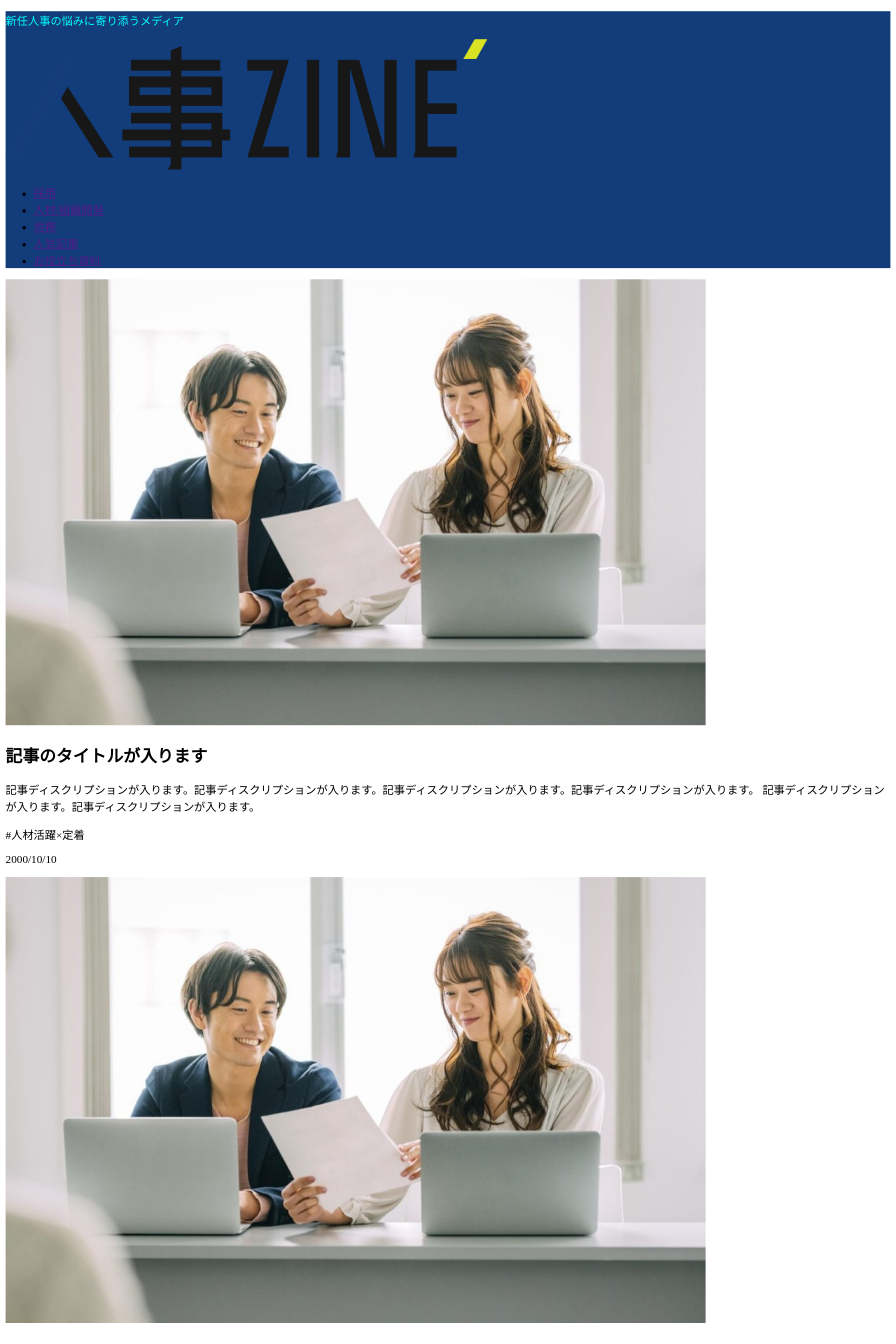
Repository: daisukey623/WpPractice
Page: http://localhost/index.html
An editor plug-in stored every save of this project. The page is shown before and after the next save, followed by the edit.
The browser window is 1280 px wide. The pictures show the part of the page from y = 0 to 1920 px (the page is 3906 px tall), at 70% of full size.
The page is run by PHP 8.4 with error messages shown; the project is at /var/www/html/. Style sheets and scripts are compiled from the project's sources, by tool versions that may differ from the author's.

Above is the page before, as saved 2021-09-23 10:06:37.

### index.html
<!DOCTYPE html>
<html lang="en">
  <head>
    <meta charset="UTF-8" />
    <meta http-equiv="X-UA-Compatible" content="IE=edge" />
    <meta name="viewport" content="width=device-width, initial-scale=1.0" />
    <link rel="stylesheet" href="this-thema.css">
    <title>Document</title>
  </head>
  <body>
    <header>
      <div>
        <p class="title">新任人事の悩みに寄り添うメディア</p>
        <img src="/img/logo_black.png" alt="ロゴ" />
      </div>
      <nav>
        <ul>
          <li><a href="">採用</a></li>
          <li><a href="">人材/組織開発</a></li>
          <li><a href="">労務</a></li>
          <li><a href="">人気記事</a></li>
          <li><a href="">お役立ち資料</a></li>
        </ul>
      </nav>
      <menu></menu>
    </header>
    <main>
      <article>
        <div>
          <img src="/img/eyecatch.jpg" alt="アイキャッチ" />
          <h2>記事のタイトルが入ります</h2>
          <p>
            記事ディスクリプションが入ります。記事ディスクリプションが入ります。記事ディスクリプションが入ります。記事ディスクリプションが入ります。
            記事ディスクリプションが入ります。記事ディスクリプションが入ります。
          </p>
          <p>#人材活躍×定着</p>
          <p>2000/10/10</p>
        </div>
      </article>
    </main>
    <aside>
      <article>
        <div>
          <img src="/img/eyecatch.jpg" alt="" />
          <h2>タイトルが入ります</h2>
          <p>2000/10/10</p>
        </div>
      </article>
    </aside>
    <footer>
      <div>
        <h2>Mail Magazine Subscription</h2>
        <p>メルマガでも情報発信中</p>
        <p>
          人事ZINE編集部は人事の皆様の悩みに寄り添い、
          何か小さくても行動に移せるようなアイデアを日々発信しております。
        </p>
      </div>
      <div>
        <img src="/img/footer_mail_mobile.png" alt="メルマガ">
        <p>
          人事ZINE メルマガでは、こんな情報をお届けいたします。
        </p>
        <ul>
          <li>人事業務の基本知識が学べる記事</li>
          <li>今の時期に必要な人事業務が学べる記事</li>
          <li>人事セミナーのご案内</li>
          <li>その他 採用のお役立ち情報のご案内など</li>
        </ul>
        <p>ぜひご登録ください。</p>
        <button>登録はこちら</button>
      </div>
      <div>
        <img src="" alt="">
        <img src="" alt="">
        <img src="" alt="">
        <ul>
          <li><a href="">人事ZINEとは</a></li>
          <li><a href="">プライバシーポリシー</a></li>
          <li><a href="">運営会社</a></li>
          <li><a href="">お問い合わせ</a></li>
        </ul>
        <p>コピーライト</p>
      </div>
    </footer>
  </body>
</html>

### this-thema.scss
@use  "_variables.scss"

### _variables.scss
$blue: #133D7A !default;
$yellow: #DBE222 !default;

header{
  background-color: $blue;
}

.title{
  color: aqua;
}

After the next save:
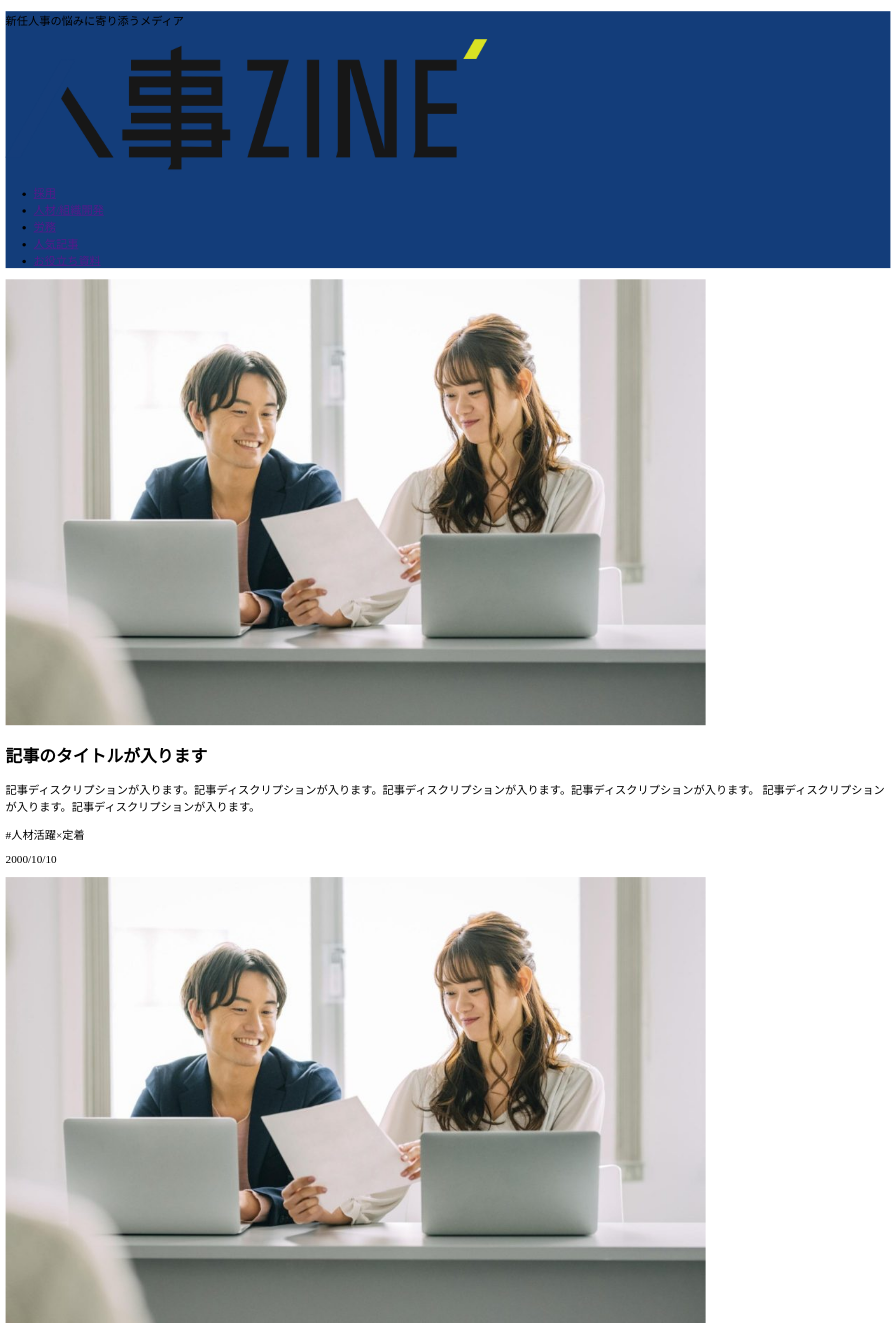
Saved 16 s later.
--- a/_variables.scss
+++ b/_variables.scss
@@ -4,7 +4,3 @@
 header{
   background-color: $blue;
 }
-
-.title{
-  color: aqua;
-}
